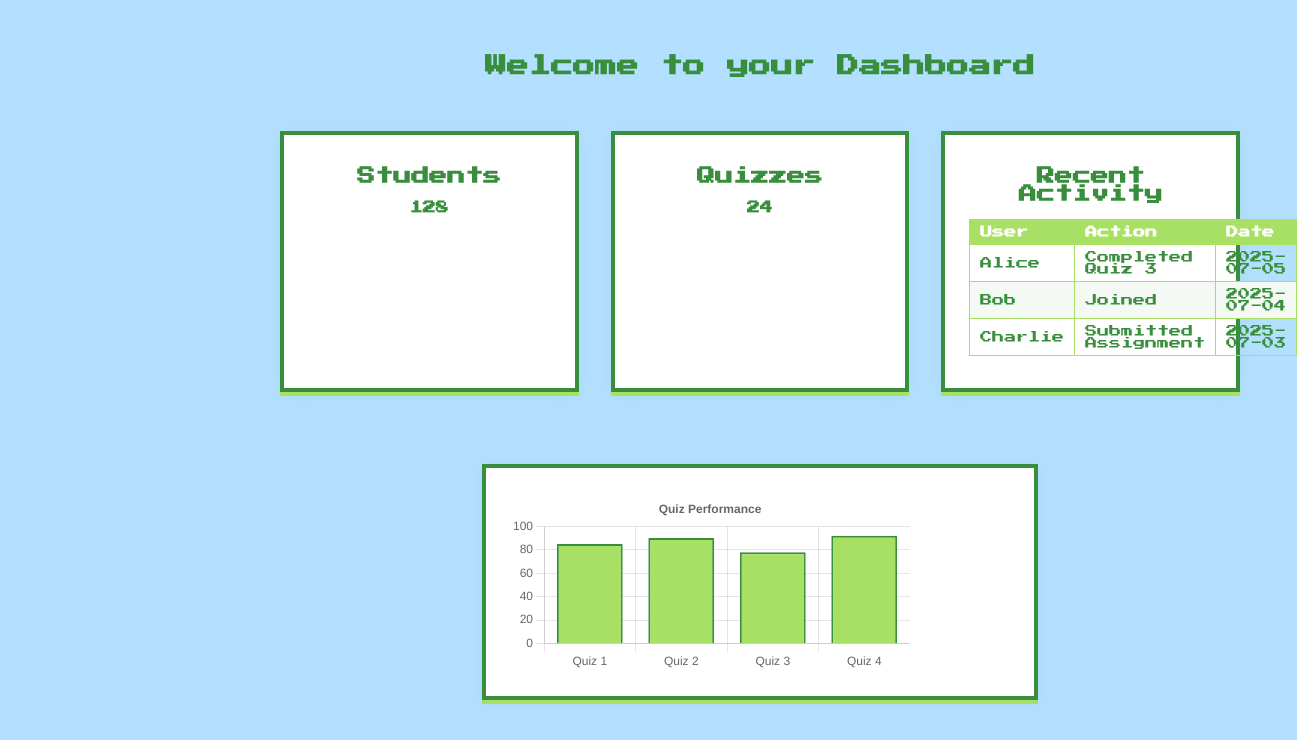
Repository: hotaruhshs/eco-academia
Page: admin/dashboard.html
These files come from the project's save history. The page is drawn as it stood at one moment and after the next save; the edit follows.
The browser window is 1280 px wide. The page is 1297 px wide, so the pictures cover 1297 px, including what lies to the right of the window. The pictures show the whole page.

Above is the page before, as saved 2025-07-06 02:04:10.

After the next save:
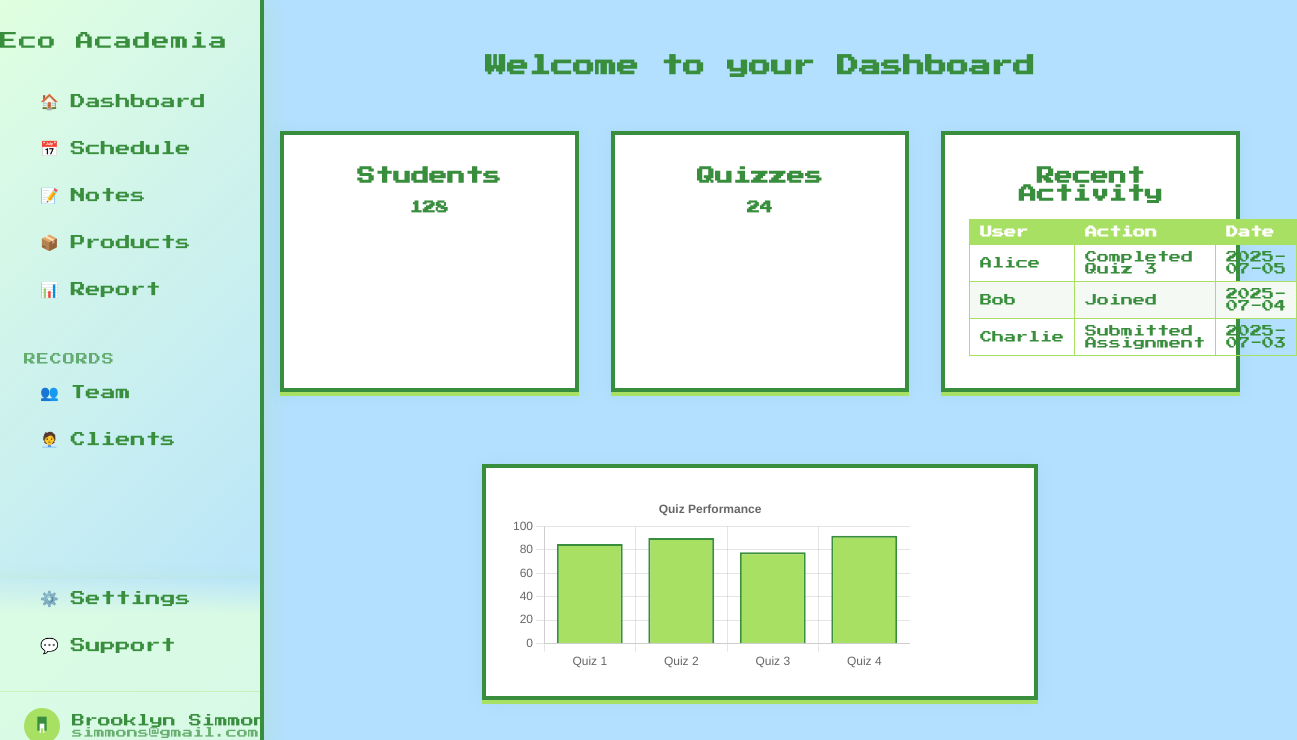
Saved 7 h 24 min later.
--- a/admin/dashboard.html
+++ b/admin/dashboard.html
@@ -11,6 +11,70 @@
     />
   </head>
   <body>
+    <div class="sidebar">
+      <div class="sidebar-header">
+        <span class="sidebar-title">Eco Academia</span>
+      </div>
+      <div class="sidebar-content">
+        <div class="sidebar-section">
+          <ul>
+            <li>
+              <a href="#"><span>🏠</span> Dashboard</a>
+            </li>
+            <li>
+              <a href="#"><span>📅</span> Schedule</a>
+            </li>
+            <li>
+              <a href="#"><span>📝</span> Notes</a>
+            </li>
+            <li>
+              <a href="#"><span>📦</span> Products</a>
+            </li>
+            <li>
+              <a href="#"><span>📊</span> Report</a>
+            </li>
+          </ul>
+        </div>
+        <div class="sidebar-section">
+          <div class="sidebar-section-title">RECORDS</div>
+          <ul>
+            <li>
+              <a href="#"><span>👥</span> Team</a>
+            </li>
+            <li>
+              <a href="#"><span>🧑‍💼</span> Clients</a>
+            </li>
+          </ul>
+        </div>
+      </div>
+      <div class="sidebar-bottom">
+        <div class="sidebar-section">
+          <ul>
+            <li>
+              <a href="#"><span>⚙️</span> Settings</a>
+            </li>
+            <li>
+              <a href="#"><span>💬</span> Support</a>
+            </li>
+          </ul>
+        </div>
+        <div class="sidebar-profile">
+          <div class="sidebar-profile-img">
+            <img
+              src="images/leaf.svg"
+              alt="Profile"
+              width="28"
+              height="28"
+              style="image-rendering: pixelated"
+            />
+          </div>
+          <div class="sidebar-profile-info">
+            <span class="sidebar-profile-name">Brooklyn Simmons</span>
+            <span class="sidebar-profile-email">simmons@gmail.com</span>
+          </div>
+        </div>
+      </div>
+    </div>
     <div class="main-content">
       <h1>Welcome to your Dashboard</h1>
       <div class="metrics-cards">
